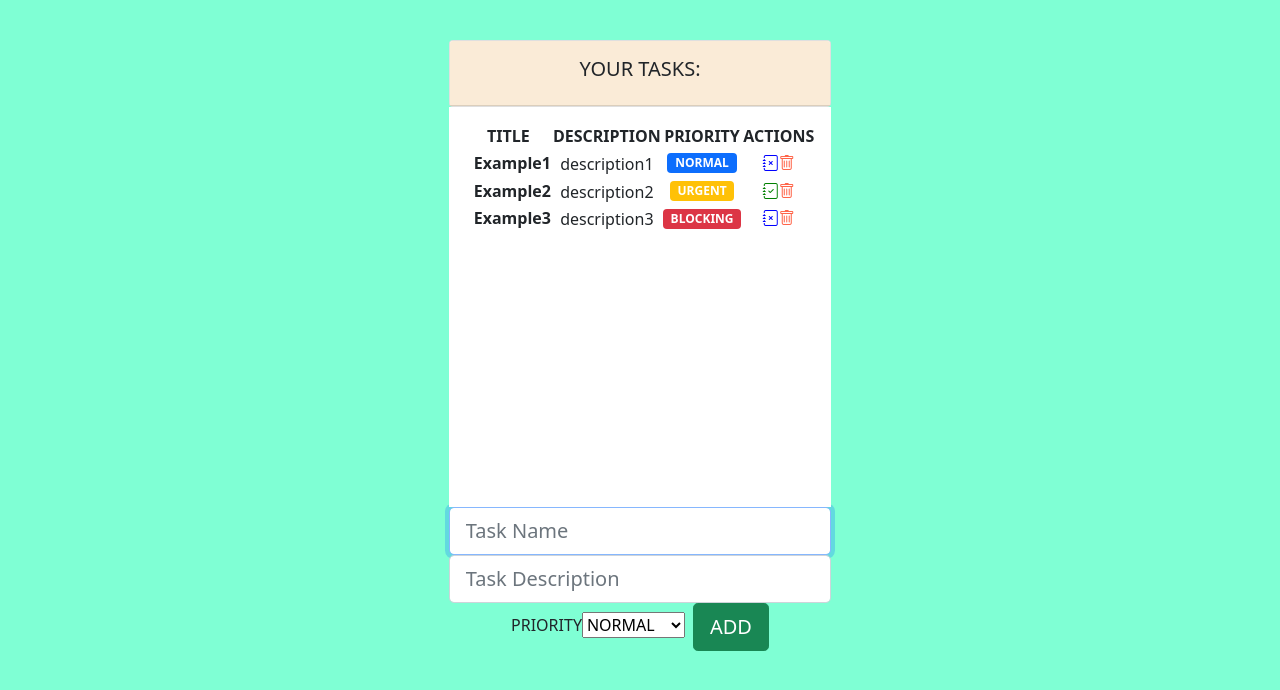
Repository: abgdev1997/proyecto-evo
Page: /
These files come from the project's save history. The page is drawn as it stood at one moment and after the next save; the edit follows.
The browser window is 1280 px wide. The pictures show the whole page.
The project was rebuilt for these pictures with package versions that can differ from the ones it lists, and the page was loaded fresh each time.

Above is the page before, as saved 2022-01-27 16:55:51.

After the next save:
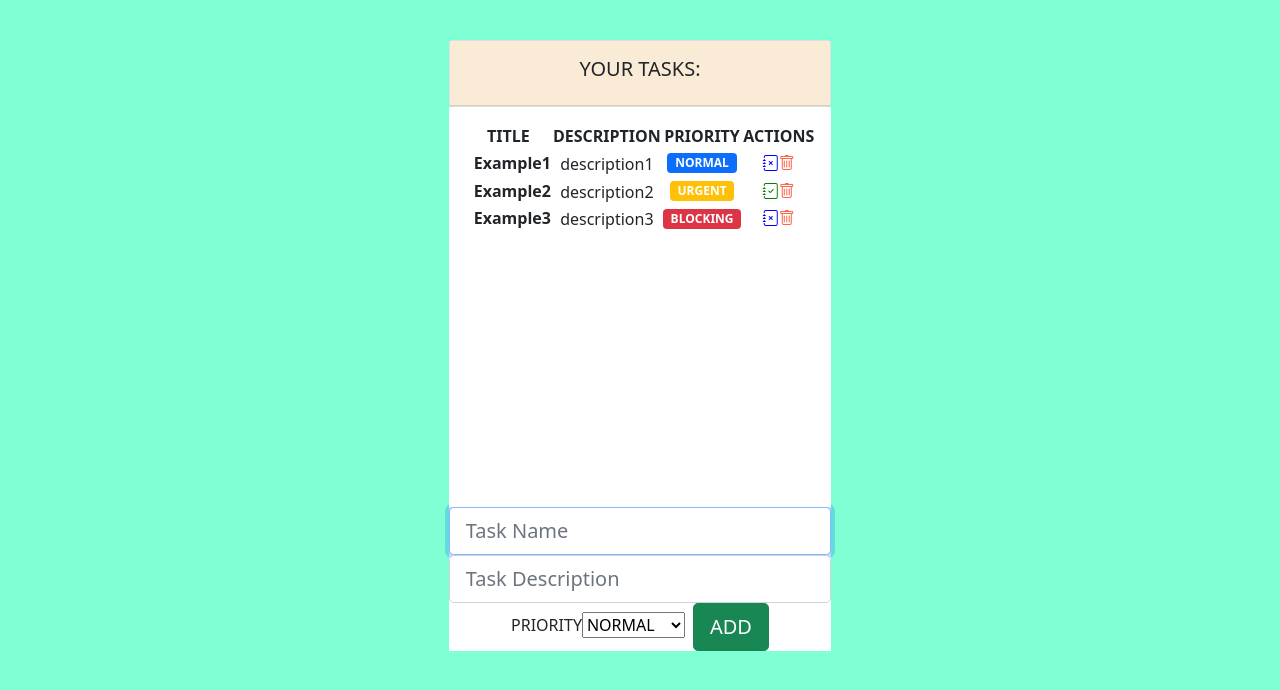
Saved 49 s later.
--- a/src/components/pure/forms/taskForm.jsx
+++ b/src/components/pure/forms/taskForm.jsx
@@ -27,7 +27,7 @@ const TaskForm = ({add}) => {
     }
 
     return (
-        <form onSubmit={addTask} className='d-flex justify-content-center align-items-center'>
+        <form onSubmit={addTask} className='d-flex justify-content-center align-items-center' style={{backgroundColor:'white'}}>
             <div className='form-outline flex-fill'>
                 <input ref={nameRef} id='inputName' type='text' className='form-control form-control-lg'required autoFocus placeholder='Task Name'></input>
                 <input ref={descriptionRef} id='descriptionName' type='text' className='form-control form-control-lg'required placeholder='Task Description'></input>
